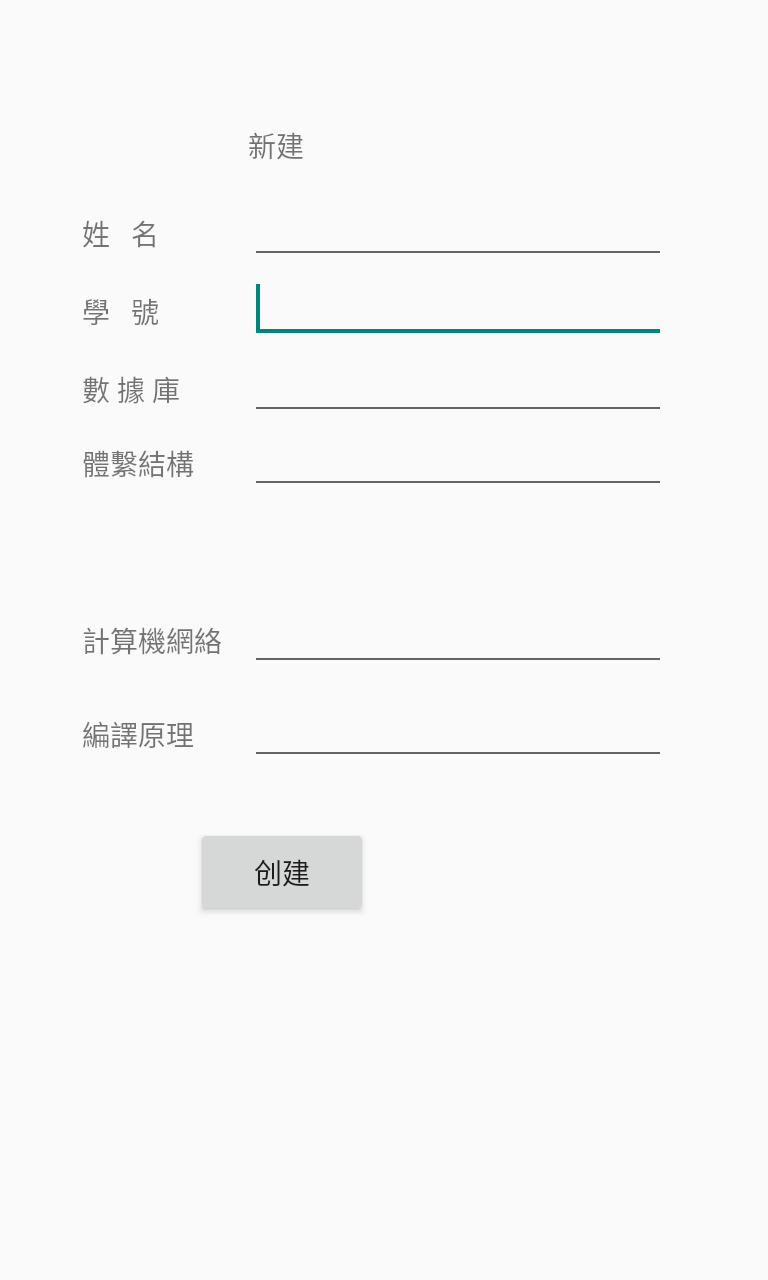
Repository: DaisyDong/AndroidPath
Layout: ScoreQurey/res/layout/activity_b.xml
The author's editor kept a copy of each file at every save. The layout is drawn from the files as they stood at one save, then again after the next save.
It is drawn on a 768 x 1280 px phone screen (xhdpi) without system bars, with theme AppTheme; the app's code is not run.

Above is the layout before, as saved 2015-04-21 09:45:43.

### ScoreQurey/res/layout/activity_b.xml
<RelativeLayout xmlns:android="http://schemas.android.com/apk/res/android"
    xmlns:tools="http://schemas.android.com/tools"
    android:layout_width="match_parent"
    android:layout_height="match_parent"
    android:paddingBottom="@dimen/activity_vertical_margin"
    android:paddingLeft="@dimen/activity_horizontal_margin"
    android:paddingRight="@dimen/activity_horizontal_margin"
    android:paddingTop="@dimen/activity_vertical_margin"
    tools:context="com.example.launchmodule.BActivity" >

    <TextView
        android:id="@+id/textView1"
        android:layout_width="wrap_content"
        android:layout_height="wrap_content"
        android:layout_alignParentLeft="true"
        android:layout_alignParentTop="true"
        android:layout_marginLeft="108dp"
        android:layout_marginTop="46dp"
        android:text="新建" />

    <TextView
        android:id="@+id/textView2"
        android:layout_width="wrap_content"
        android:layout_height="wrap_content"
        android:layout_alignParentLeft="true"
        android:layout_below="@+id/textView1"
        android:layout_marginLeft="25dp"
        android:layout_marginTop="23dp"
        android:text="姓   名" />

    <TextView
        android:id="@+id/textView3"
        android:layout_width="wrap_content"
        android:layout_height="wrap_content"
        android:layout_alignRight="@+id/textView2"
        android:layout_below="@+id/textView2"
        android:layout_marginTop="18dp"
        android:text="學   號" />

    <TextView
        android:id="@+id/textView4"
        android:layout_width="wrap_content"
        android:layout_height="wrap_content"
        android:layout_alignLeft="@+id/textView3"
        android:layout_below="@+id/textView3"
        android:layout_marginTop="18dp"
        android:text="數 據 庫" />

    <TextView
        android:id="@+id/textView5"
        android:layout_width="wrap_content"
        android:layout_height="wrap_content"
        android:layout_alignLeft="@+id/textView4"
        android:layout_below="@+id/textView4"
        android:layout_marginTop="16dp"
        android:text="體繫結構" />

    <TextView
        android:id="@+id/textView7"
        android:layout_width="wrap_content"
        android:layout_height="wrap_content"
        android:layout_alignLeft="@+id/textView6"
        android:layout_below="@+id/textView6"
        android:layout_marginTop="26dp"
        android:text="編譯原理" />

    <TextView
        android:id="@+id/textView6"
        android:layout_width="wrap_content"
        android:layout_height="wrap_content"
        android:layout_alignLeft="@+id/textView5"
        android:layout_centerVertical="true"
        android:text="計算機網絡" />

    <EditText
        android:id="@+id/editText1"
        android:layout_width="wrap_content"
        android:layout_height="wrap_content"
        android:layout_alignBaseline="@+id/textView2"
        android:layout_alignBottom="@+id/textView2"
        android:layout_alignLeft="@+id/editText2"
        android:ems="10" />

    <EditText
        android:id="@+id/editText2"
        android:layout_width="wrap_content"
        android:layout_height="wrap_content"
        android:layout_alignBaseline="@+id/textView3"
        android:layout_alignBottom="@+id/textView3"
        android:layout_alignLeft="@+id/editText3"
        android:ems="10" >

        <requestFocus />
    </EditText>

    <EditText
        android:id="@+id/editText3"
        android:layout_width="wrap_content"
        android:layout_height="wrap_content"
        android:layout_alignBaseline="@+id/textView4"
        android:layout_alignBottom="@+id/textView4"
        android:layout_alignLeft="@+id/editText4"
        android:ems="10" />

    <EditText
        android:id="@+id/editText4"
        android:layout_width="wrap_content"
        android:layout_height="wrap_content"
        android:layout_alignBaseline="@+id/textView5"
        android:layout_alignBottom="@+id/textView5"
        android:layout_alignLeft="@+id/editText5"
        android:ems="10" />

    <EditText
        android:id="@+id/editText5"
        android:layout_width="wrap_content"
        android:layout_height="wrap_content"
        android:layout_alignBaseline="@+id/textView6"
        android:layout_alignBottom="@+id/textView6"
        android:layout_alignLeft="@+id/textView1"
        android:ems="10" />

    <EditText
        android:id="@+id/editText6"
        android:layout_width="wrap_content"
        android:layout_height="wrap_content"
        android:layout_alignBaseline="@+id/textView7"
        android:layout_alignBottom="@+id/textView7"
        android:layout_alignLeft="@+id/editText5"
        android:ems="10" />

    <Button
        android:id="@+id/button1"
        android:layout_width="wrap_content"
        android:layout_height="wrap_content"
        android:layout_below="@+id/editText6"
        android:layout_marginTop="27dp"
        android:layout_toRightOf="@+id/textView7"
        android:text="创建" />

</RelativeLayout>

Loaded but not shown: ScoreQurey/res/values/styles.xml (common file); ScoreQurey/res/values-v11/styles.xml (common file); ScoreQurey/res/values-v14/styles.xml (common file); ScoreQurey/res/values/dimens.xml (common file); ScoreQurey/res/values-w820dp/dimens.xml (common file)

After the next save:
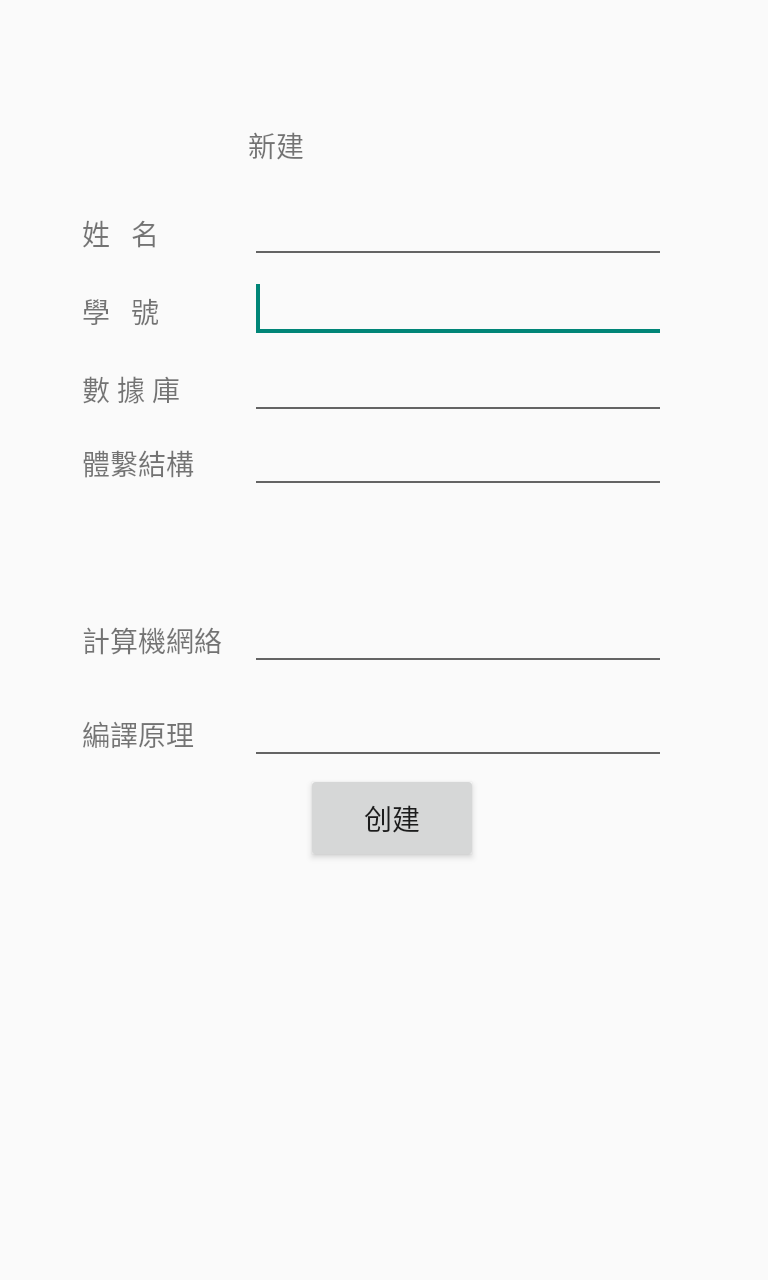
Saved 48 min 57 s later.
--- a/ScoreQurey/res/layout/activity_b.xml
+++ b/ScoreQurey/res/layout/activity_b.xml
@@ -134,8 +134,7 @@
         android:layout_width="wrap_content"
         android:layout_height="wrap_content"
         android:layout_below="@+id/editText6"
-        android:layout_marginTop="27dp"
-        android:layout_toRightOf="@+id/textView7"
+        android:layout_toRightOf="@+id/textView1"
         android:text="创建" />
 
 </RelativeLayout>
